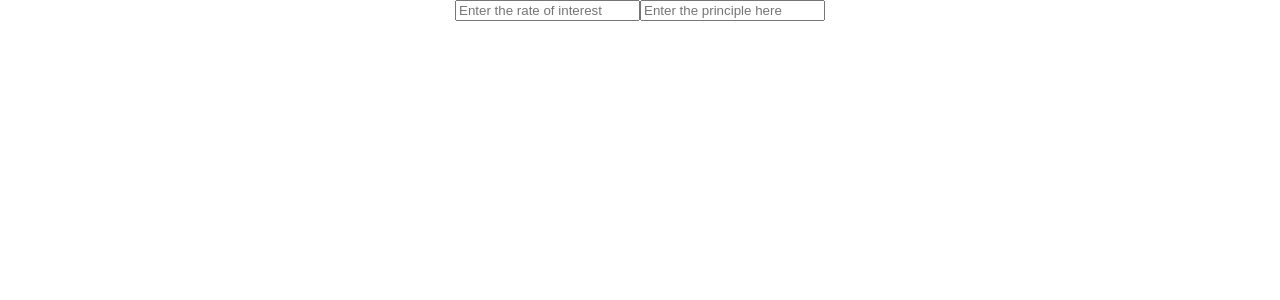
Repository: purnimapatel/SI-calculator
Page: /
An editor plug-in stored every save of this project. The page is shown before and after the next save, followed by the edit.
The browser window is 1280 px wide. The pictures show the whole page.
The project was rebuilt for these pictures with package versions that can differ from the ones it lists, and the page was loaded fresh each time.

Above is the page before, as saved 2024-08-26 10:20:15.

After the next save:
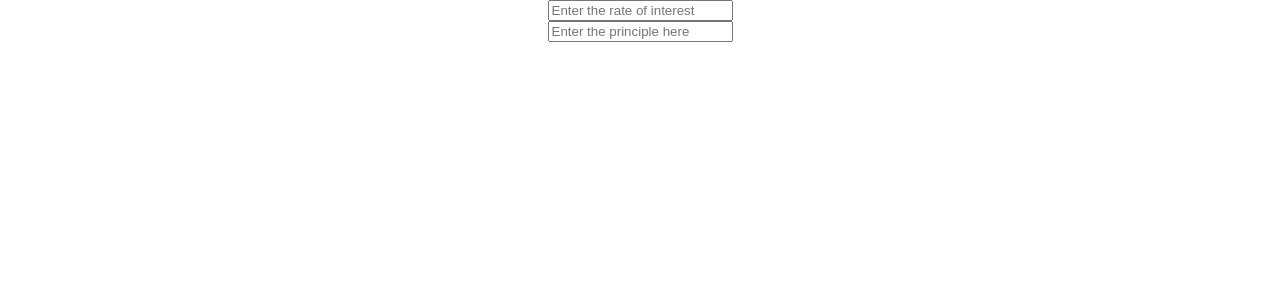
Saved 11 s later.
--- a/src/App.css
+++ b/src/App.css
@@ -5,5 +5,5 @@
   display:flex;
   justify-content: center;
   align-items:center;
-  flex-direction: row;
+  flex-direction: column;
 }
